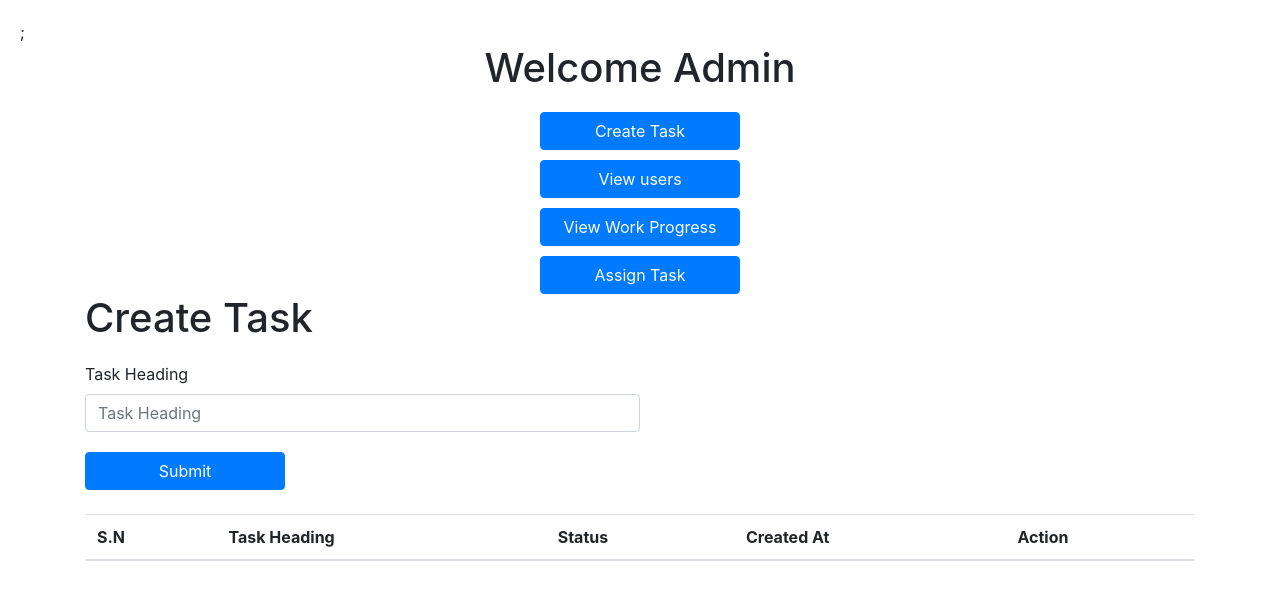
Repository: neha-rouniyar/taskmgmt
Page: http://localhost/admin/create-task
An editor plug-in stored every save of this project. The page is shown before and after the next save, followed by the edit.
The browser window is 1280 px wide. The pictures show the whole page.
Some web libraries are served in a nearby version. The page is served by the project's Laravel application, run on PHP 8.4 with Laravel 10. Other server files are loaded and not shown. Queries for data that is not in the repository find no rows.

Above is the page before, as saved 2023-12-16 00:00:16.

### routes/web.php
<?php

use App\Http\Controllers\AdminController;
use App\Http\Controllers\AssignTaskController;
use Illuminate\Support\Facades\Route;
use App\Http\Controllers\LoginController;
use App\Models\AssignTask;

/*
|--------------------------------------------------------------------------
| Web Routes
|--------------------------------------------------------------------------
|
| Here is where you can register web routes for your application. These
| routes are loaded by the RouteServiceProvider and all of them will
| be assigned to the "web" middleware group. Make something great!
|
*/

Route::get('/', function () {
    return view('welcome');
});
Route::get('/login-form',[LoginController::class,'index'])->name('login.form');
Route::post('/login-form-submit',[LoginController::class,'loginFormSubmit'])->name('login.form.submit');




Route::get('/register-form',[LoginController::class,'index2'])->name('register.form');
Route::post('/register-form-submit',[LoginController::class,'registerFormSubmit'])->name('register.form.submit');


//user dashboard
Route::get('/user-dashboard',[LoginController::class,'userDashboard'])->name('user.dashboard');
Route::get('/admin-dashboard',[LoginController::class,'adminDashboard'])->name('admin.dashboard');


//admin
Route::get('/admin/view-users',[AdminController::class,'viewUsers'])->name('admin.view.users');
Route::get('/admin/create-task',[AdminController::class,'createTask'])->name('admin.create.task');
Route::get('/admin/view-work-progress',[AdminController::class,'viewWorkProgress'])->name('admin.view.workprogress');

//admin-task
Route::post('/admin/task-submit',[AdminController::class,'taskSubmit'])->name('admin.task.submit');
Route::get('/admin/edit-task/{id}',[AdminController::class,'taskEdit'])->name('task.edit');
Route::post('/admin/update-task/{id}',[AdminController::class,'taskUpdate'])->name('task.update');
Route::get('/admin/delete-task/{id}',[AdminController::class,'taskDelete'])->name('task.delete');
Route::get('/admin/task-assign',[AdminController::class,'taskAssign'])->name('admin.task.assign');
Route::post('/admin/task-assign-submit',[AdminController::class,'taskAssignSubmit'])->name('admin.task.assign.submit');




//user-task
Route::get('/user-view-assgned-task',[AssignTaskController::class,'viewTaskAssigned'])->name('user.view.assigned.task');
Route::get('/verify-email/{token}',[AdminController::class,'verifyEmail'])->name('verify.email');


Route::get('/user/accept-task/{id}',[AssignTaskController::class,'acceptTask'])->name('accept.task');
Route::get('/user/reject-task/{id}',[AssignTaskController::class,'rejectTask'])->name('reject.task');
Route::get('/user/task-complete/{id}',[AssignTaskController::class,'completeTask'])->name('task.complete');

### app/Http/Controllers/AdminController.php
<?php

namespace App\Http\Controllers;

use App\Models\AssignTask;
use App\Models\EmailVerification;
use App\Models\Task;
use App\Models\User;
use Carbon\Carbon;
use Illuminate\Http\Request;

class AdminController extends Controller
{
    public function viewUsers()
    {
        $users=User::all()->where('usertype','regular');
        // dd($users);
        return view('admin.viewUsers',compact('users'));
    }
    public function createTask()
    {
        $tasks=Task::all();
        return view('admin.task.create',compact('tasks'));
    }
    public function viewWorkProgress()
    {
        return view('admin.task.workprogress');
    }
    public function taskSubmit(Request $request)
    {
        $data=$request->validate([
            'heading'=>'required'
        ]);
        $task=new Task();
        $task->task_heading=$data['heading'];
        $task->save();
        return back()->with('success','Task Created Successfully');
    }
    public function taskEdit(Request $request)
    {
        $data=Task::find($request->id);
        return view('admin.task.edit',compact('data'));
    }
    public function taskUpdate(Request $request)
    {
        $rule=$request->validate([
            'heading'=>'required'
        ]);
        $data=Task::find($request->id);
        $data->task_heading=$rule['heading'];
        $data->save();
        return redirect()->route('admin.create.task')->with('update','Task Updated Successfully');
    }
    public function taskDelete(Request $request)
    {
        $data=Task::find($request->id);
        $data->status=1;
        $data->save();
        return back()->with('delete','Task Deleted Successfully');

    }
    public function taskAssign()
    {
        $task=Task::all()->where('status',0);
        $users=User::all()->where('usertype','regular');
        return view('admin.task.assign',compact('users','task'));
    }
    public function taskAssignSubmit(Request $request)
    {
        $taskAssign=new AssignTask();
        $taskAssign->task_id=$request->task;
        $taskAssign->user_id=$request->user;
        $taskAssign->save();
        return back()->with('message','Task Assigned to user... Waiting to be verified');
    }
    public function verifyEmail(Request $request,$id)
    {
        $token=$request->token;
        $userData=User::where('token',$token)->first();
        $emailVerificationData=EmailVerification::where('token',$token)->first();
        $time=Carbon::now();
        $currentTime=$time->toDateTimeString();
        if($userData->token == $emailVerificationData->token){
            if($emailVerificationData->expiry_at > $currentTime)
            {
                $userId=$userData->id;
                $userData=User::find($userId);
                $userData->status=1;
                $userData->save();
                return redirect('/login-form')->with('msgs','Please login to continue');
            }else{
                return redirect()->route('register.form')->with('linkExpiry','Your Link to email verification failed. Please Register Again');
            }
        }
    }
    // php artisan serve --port=443 --to run in https port
}

### app/Models/Task.php
<?php

namespace App\Models;

use Illuminate\Database\Eloquent\Factories\HasFactory;
use Illuminate\Database\Eloquent\Model;

class Task extends Model
{
    use HasFactory;
    public function assignedTask()
    {
        return $this->hasMany(AssignTask::class,'task_id','id');
    }

}

### resources/views/admin/task/create.blade.php
@extends('admin.dashboard');
@section('admin-content')
<style>
    .form-group {
    margin-bottom: 20px;
}

.custom-dropdown {
    position: relative;
    width: 100%;
}

.custom-select {
    width: 50%;
    /* padding: 10px; */
    box-sizing: border-box;
    border: 1px solid #ccc;
    border-radius: 4px;
    appearance: none;
    background-color: #fff;
    cursor: pointer;
}

.custom-dropdown-arrow {
    position: absolute;
    top: 50%;
    right: 10px;
    transform: translateY(-50%);
    border: solid #555;
    border-width: 0 2px 2px 0;
    display: inline-block;
    padding: 3px;
    transition: transform 0.3s ease-in-out;
}

.custom-select:focus + .custom-dropdown-arrow {
    transform: translateY(-50%) rotate(-45deg);
}

/* Style for the dropdown options */
.custom-select option {
    padding: 10px;
}

</style>
<div class="container">
    <h1>Create Task</h1>
    @if (session('success'))
    <div class="alert alert-success alert-dismissible fade show" role="alert">
        <p style="color: rgb(11, 130, 43)8, 28, 0)">{{session('success')}}</p>
        <button type="button" class="close" data-dismiss="alert" aria-label="Close">
          <span aria-hidden="true">&times;</span>
        </button>
      </div>

    @endif
    @if (session('update'))
    <div class="alert alert-success alert-dismissible fade show" role="alert">
        <p style="color: rgb(0, 128, 30)8, 28, 0)">{{session('update')}}</p>
        <button type="button" class="close" data-dismiss="alert" aria-label="Close">
          <span aria-hidden="true">&times;</span>
        </button>
      </div>

    @endif
    @if (session('delete'))
    <div class="alert alert-success alert-dismissible fade show" role="alert">
        <p style="color: rgb(0, 128, 30)8, 28, 0)">{{session('delete')}}</p>
        <button type="button" class="close" data-dismiss="alert" aria-label="Close">
          <span aria-hidden="true">&times;</span>
        </button>
      </div>

    @endif
<form action="{{route('admin.task.submit')}}" method="POST">
    @csrf
      <div class="form-group">
        <label for="exampleInputEmail1">Task Heading</label>
        <input style="width: 50%" type="text" name="heading" class="form-control" id="exampleInputEmail1" aria-describedby="emailHelp" placeholder="Task Heading" required>
      </div>
      <button type="submit" class="btn btn-primary">Submit</button>
    </form>
    <table class="table mt-4">
        <thead>
          <tr>
            <th scope="col">S.N</th>
            <th scope="col">Task Heading</th>
            <th scope="col">Status</th>
            <th scope="col">Created At</th>
            <th scope="col">Action</th>
          </tr>
        </thead>
        <tbody>
            @php
                $i=1;
            @endphp
            @foreach ($tasks as $data )
            @if ($data->status==0)
          <tr>
            <th>{{$i++}}</th>
            <td>{{$data->task_heading}}</td>
            <td>{{$data->status}}</td>
            <td>{{$data->created_at}}</td>
            <td>
                <a href="{{route('task.edit',$data->id)}}"><button style="width: 20%" type="button" class="btn btn-primary">Edit</button></a>
                <a href="{{route('task.delete',$data->id)}}"><button style="width: 30%" type="button" class="btn btn-danger">Delete</button></a>
            </td>
          </tr>
          @endif
          @endforeach
        </tbody>
      </table>
</div>
@endsection

### resources/views/admin/dashboard.blade.php
<!doctype html>
<html lang="en">
  <head>
    <!-- Required meta tags -->
    <meta charset="utf-8">
    <meta name="viewport" content="width=device-width, initial-scale=1, shrink-to-fit=no">

    <!-- Bootstrap CSS -->
    <link rel="stylesheet" href="https://cdn.jsdelivr.net/npm/bootstrap@4.0.0/dist/css/bootstrap.min.css" integrity="sha384-Gn5384xqQ1aoWXA+058RXPxPg6fy4IWvTNh0E263XmFcJlSAwiGgFAW/dAiS6JXm" crossorigin="anonymous">
    <style>
      body {
          padding: 20px;
      }

      h1 {
          margin-bottom: 20px;
      }

      .btn-container {
          display: flex;
          flex-direction: column;
          gap: 10px;
      }

      .btn-container a {
          text-decoration: none;
      }

      .btn {
          width: 200px;
      }
  </style>
    <title>Hello, world!</title>
  </head>
  <body>
    <div class="container text-center">
        <h1>Welcome Admin</h1>
        <div class="btn-container">
            <a href="{{route('admin.create.task')}}">
                <button type="button" class="btn btn-primary">Create Task</button>
            </a>
            <a href="{{route('admin.view.users')}}">
                <button type="button" class="btn btn-primary">View users</button>
            </a>
            <a href="{{route('admin.view.workprogress')}}">
                <button type="button" class="btn btn-primary">View Work Progress</button>
            </a>
            <a href="{{route('admin.task.assign')}}">
                <button type="button" class="btn btn-primary">Assign Task</button>
            </a>
        </div>
    </div>
    @yield('admin-content')
    <script src="https://code.jquery.com/jquery-3.2.1.slim.min.js" integrity="sha384-KJ3o2DKtIkvYIK3UENzmM7KCkRr/rE9/Qpg6aAZGJwFDMVNA/GpGFF93hXpG5KkN" crossorigin="anonymous"></script>
    <script src="https://cdn.jsdelivr.net/npm/popper.js@1.12.9/dist/umd/popper.min.js" integrity="sha384-ApNbgh9B+Y1QKtv3Rn7W3mgPxhU9K/ScQsAP7hUibX39j7fakFPskvXusvfa0b4Q" crossorigin="anonymous"></script>
    <script src="https://cdn.jsdelivr.net/npm/bootstrap@4.0.0/dist/js/bootstrap.min.js" integrity="sha384-JZR6Spejh4U02d8jOt6vLEHfe/JQGiRRSQQxSfFWpi1MquVdAyjUar5+76PVCmYl" crossorigin="anonymous"></script>
</body>
</html>

Loaded but not shown: app/Http/Controllers/Controller.php (common file)

After the next save:
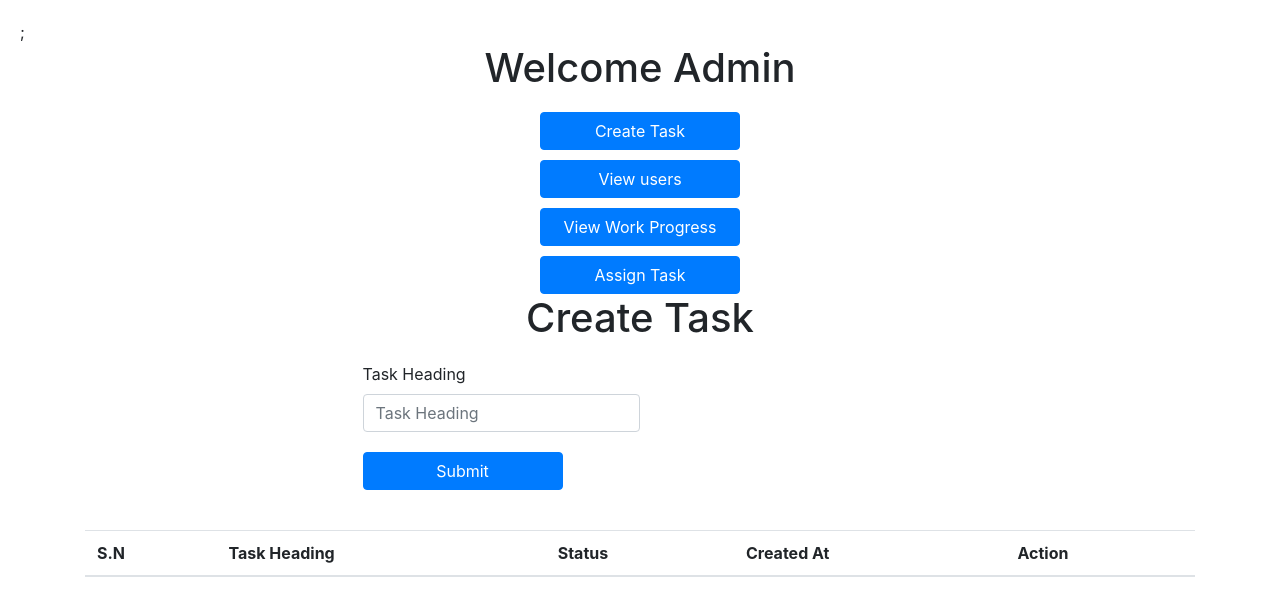
Saved 58 s later.
--- a/resources/views/admin/task/create.blade.php
+++ b/resources/views/admin/task/create.blade.php
@@ -1,47 +1,60 @@
 @extends('admin.dashboard');
 @section('admin-content')
 <style>
-    .form-group {
-    margin-bottom: 20px;
-}
+  .form-group {
+      margin-bottom: 20px;
+  }
 
-.custom-dropdown {
-    position: relative;
-    width: 100%;
-}
+  .custom-dropdown {
+      position: relative;
+      width: 100%;
+  }
 
-.custom-select {
-    width: 50%;
-    /* padding: 10px; */
-    box-sizing: border-box;
-    border: 1px solid #ccc;
-    border-radius: 4px;
-    appearance: none;
-    background-color: #fff;
-    cursor: pointer;
-}
+  .custom-select {
+      width: 50%;
+      box-sizing: border-box;
+      border: 1px solid #ccc;
+      border-radius: 4px;
+      appearance: none;
+      background-color: #fff;
+      cursor: pointer;
+  }
 
-.custom-dropdown-arrow {
-    position: absolute;
-    top: 50%;
-    right: 10px;
-    transform: translateY(-50%);
-    border: solid #555;
-    border-width: 0 2px 2px 0;
-    display: inline-block;
-    padding: 3px;
-    transition: transform 0.3s ease-in-out;
-}
+  .custom-dropdown-arrow {
+      position: absolute;
+      top: 50%;
+      right: 10px;
+      transform: translateY(-50%);
+      border: solid #555;
+      border-width: 0 2px 2px 0;
+      display: inline-block;
+      padding: 3px;
+      transition: transform 0.3s ease-in-out;
+  }
 
-.custom-select:focus + .custom-dropdown-arrow {
-    transform: translateY(-50%) rotate(-45deg);
-}
+  .custom-select:focus + .custom-dropdown-arrow {
+      transform: translateY(-50%) rotate(-45deg);
+  }
 
-/* Style for the dropdown options */
-.custom-select option {
-    padding: 10px;
-}
+  /* Style for the dropdown options */
+  .custom-select option {
+      padding: 10px;
+  }
 
+  /* Adjustments for centering */
+  .container {
+      display: flex;
+      flex-direction: column;
+      align-items: center;
+  }
+
+  h1 {
+      margin-bottom: 20px;
+  }
+
+  form {
+      width: 50%; /* Adjust the width as needed */
+  }
 </style>
 <div class="container">
     <h1>Create Task</h1>
